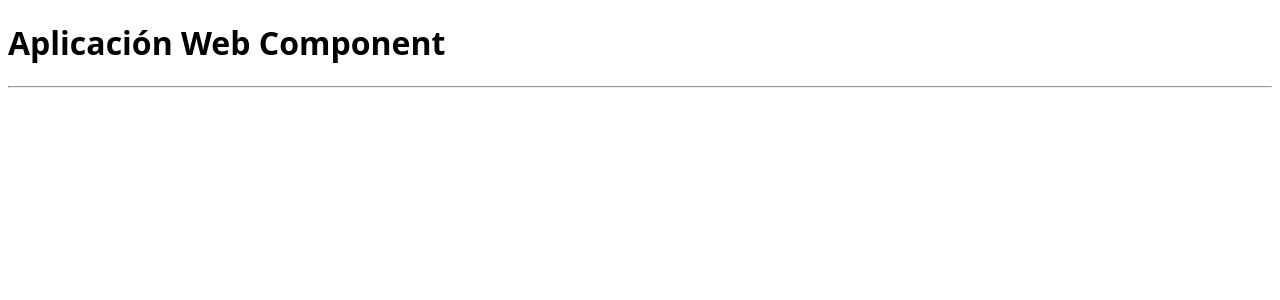
Repository: maxTech2019/Lab-react-C12024
Page: /
An editor plug-in stored every save of this project. The page is shown before and after a run of saves, followed by the edit.
The browser window is 1280 px wide. The pictures show the whole page.
The project was rebuilt for these pictures with package versions that can differ from the ones it lists, and the page was loaded fresh each time. Also part of the build but not shown: vite.config.js, src/css/productos.css, src/component/Productos.jsx, src/custom_hooks/useContador.js, src/component/ContadoruseEffect.jsx.

Above is the page before, as saved 2024-06-06 11:45:38.

### src/main.jsx
import React from 'react'
import ReactDOM from 'react-dom/client'
import App from './App';


const root = ReactDOM.createRoot(document.getElementById('root'));
root.render(
  <React.StrictMode>
    <App />
  </React.StrictMode>,
)

### src/App.jsx
import { Productos } from "./component/Productos";
import {ContadoruseEffect} from "./component/ContadoruseEffect";

const App = () => {
  return (
    <>
      <h1>Aplicación Web Component</h1>
      <hr />
      {/* <Contador /> */}
      {/* <Productos/> */}
      {/* <ContadoruseEffect /> */}
    </>
  );
}

export default App

### src/css/estilos_contuseEffect.css
 button.miBoton {
    width: 50px;
    height: 50px;
    margin-left: 5px;
 }
 h1{
    font-family: system-ui;
    font-size: 2em;
 }

### src/component/Formulario.jsx

const Formulario = () => {
    return (
        <form>
            <label>
                Para:
                <select name="" id="">
                    <option value="Timote">Timoteo</option>
                    <option value="Sarahy">Sarahy</option>
                </select>
            </label>
            <textarea placeholder="Mensaje"/>
            <button type="submit">Enviar</button>
        </form>
    );
}

export default Formulario;

Loaded but not shown: index.html (common file)

After the next 2 saves:
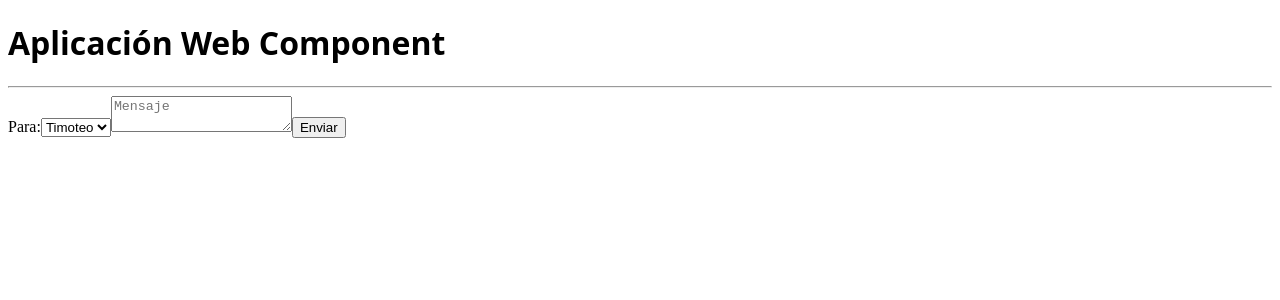
The 2 saves are shown as one change because 1 did not build or start.
The last was saved 12 s later.
--- a/src/App.jsx
+++ b/src/App.jsx
@@ -1,5 +1,6 @@
 import { Productos } from "./component/Productos";
 import {ContadoruseEffect} from "./component/ContadoruseEffect";
+import Formulario from "./component/Formulario";
 
 const App = () => {
   return (
@@ -9,6 +10,7 @@ const App = () => {
       {/* <Contador /> */}
       {/* <Productos/> */}
       {/* <ContadoruseEffect /> */}
+      <Formulario />
     </>
   );
 }
